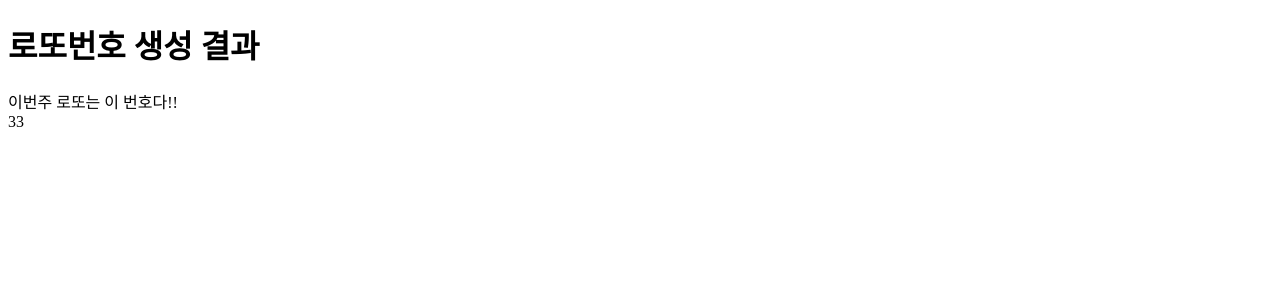
Repository: limbbbyoung/JSP_practice
Page: http://localhost/JSPbasic/jsptag/tag_quiz03.jsp
An editor plug-in stored every save of this project. The page is shown before and after the next save, followed by the edit.
The browser window is 1280 px wide. The pictures show the whole page.
The page is served by Tomcat 9.

Above is the page before, as saved 2022-03-24 08:45:52.

### JSPbasic/src/main/webapp/jsptag/tag_quiz03.jsp
<%@page import="java.util.ArrayList"%>
<%@page import="java.util.List"%>
<%@ page language="java" contentType="text/html; charset=UTF-8"
    pageEncoding="UTF-8"%>
<!DOCTYPE html>
<html>
<head>
<meta charset="UTF-8">
<title>Insert title here</title>
</head>
<body>
<%
   List lotto = new ArrayList();
   int lottoNum = (int)(Math.random() * 45 + 1);

   for(int i = 0; i < 6; i++){
	   lotto.add(lottoNum);
   };

%>
<h1>로또번호 생성 결과</h1>
이번주 로또는 이 번호다!!<br/>
<%= lottoNum %>
</body>
</html>

After the next save:
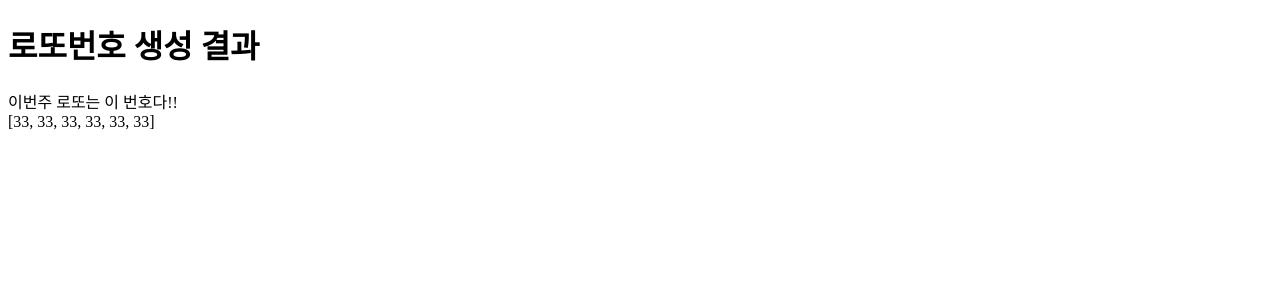
Saved 46 s later.
--- a/JSPbasic/src/main/webapp/jsptag/tag_quiz03.jsp
+++ b/JSPbasic/src/main/webapp/jsptag/tag_quiz03.jsp
@@ -15,11 +15,11 @@
 
    for(int i = 0; i < 6; i++){
 	   lotto.add(lottoNum);
-   };
+   }
 
 %>
 <h1>로또번호 생성 결과</h1>
 이번주 로또는 이 번호다!!<br/>
-<%= lottoNum %>
+<%= lotto %>
 </body>
 </html>
